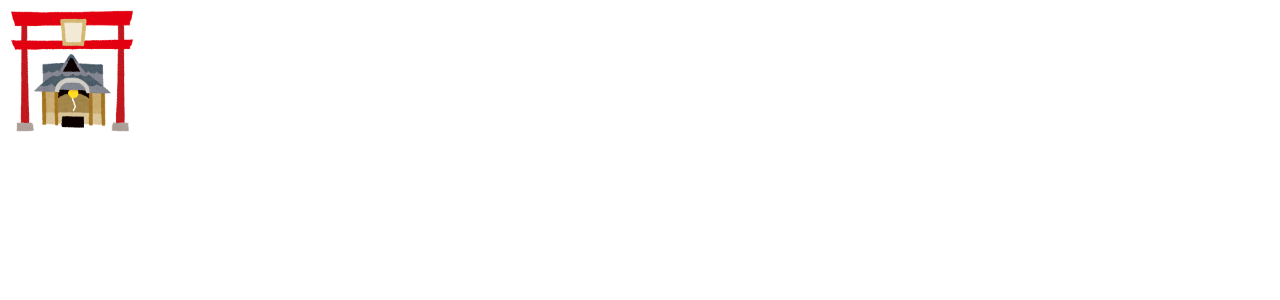
Repository: shoma2491/Mission_Invisible
Page: src/main/resources/templates/game.html
The author's editor kept a copy of each file at every save. The page is drawn from the files as they stood at one save, then again after the next save.
The browser window is 1280 px wide. The pictures show the whole page.

Above is the page before, as saved 2021-12-03 22:41:33.

### src/main/resources/templates/game.html
<!DOCTYPE html>
<html>

<head>

</head>

<body>
    <img src="神社.png" width="128" height="128" />
</body>

</html>

After the next save:
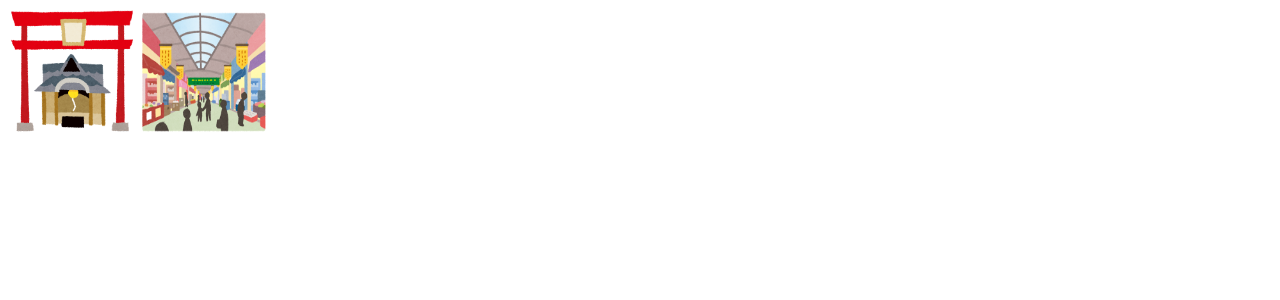
Saved 17 s later.
--- a/src/main/resources/templates/game.html
+++ b/src/main/resources/templates/game.html
@@ -7,6 +7,7 @@
 
 <body>
     <img src="神社.png" width="128" height="128" />
+    <img src="商店街.png" width="128" height="128" />
 </body>
 
 </html>
